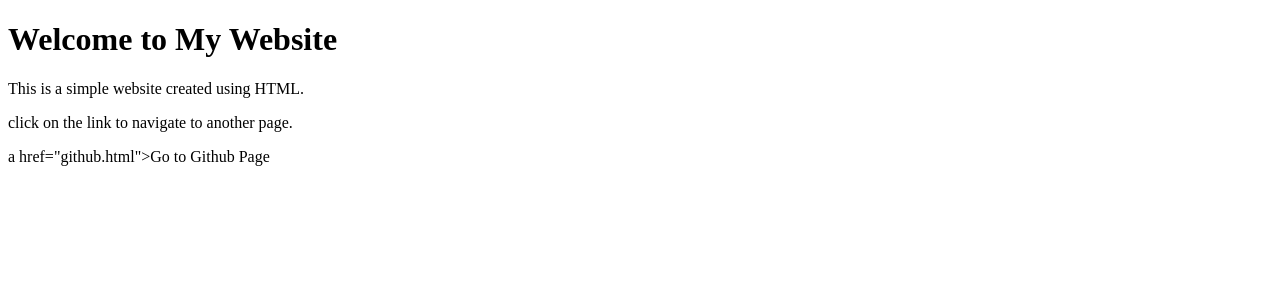
Repository: brownsonjoy1811/GitandGithub
Page: index.html
An editor plug-in stored every save of this project. The page is shown before and after a run of saves, followed by the edit.
The browser window is 1280 px wide. The pictures show the whole page.

Above is the page before, as saved 2026-06-17 10:37:51.

### index.html
<!DOCTYPE html>
<html lang="en">
<head>
    <meta charset="UTF-8">
    <meta name="viewport" content="width=device-width, initial-scale=1.0">
    <title>Document</title>
</head>
<body>
    <h1>Welcome to My Website</h1>
    <p>This is a simple website created using HTML.</p>

    <p>click on the link to navigate to another page.</p>
    a href="github.html">Go to Github Page</a>
</body>
</html>

After the next 6 saves:
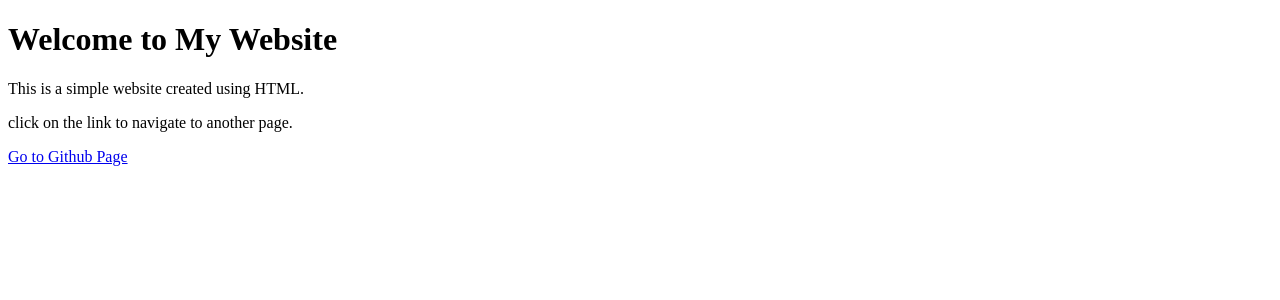
The 6 saves are shown as one change because they came seconds apart.
The last was saved 14 s later.
--- a/index.html
+++ b/index.html
@@ -10,6 +10,7 @@
     <p>This is a simple website created using HTML.</p>
 
     <p>click on the link to navigate to another page.</p>
-    a href="github.html">Go to Github Page</a>
+    <a href="github.html">Go to Github Page</a>
+    <a href="git.html"></a>
 </body>
 </html>
